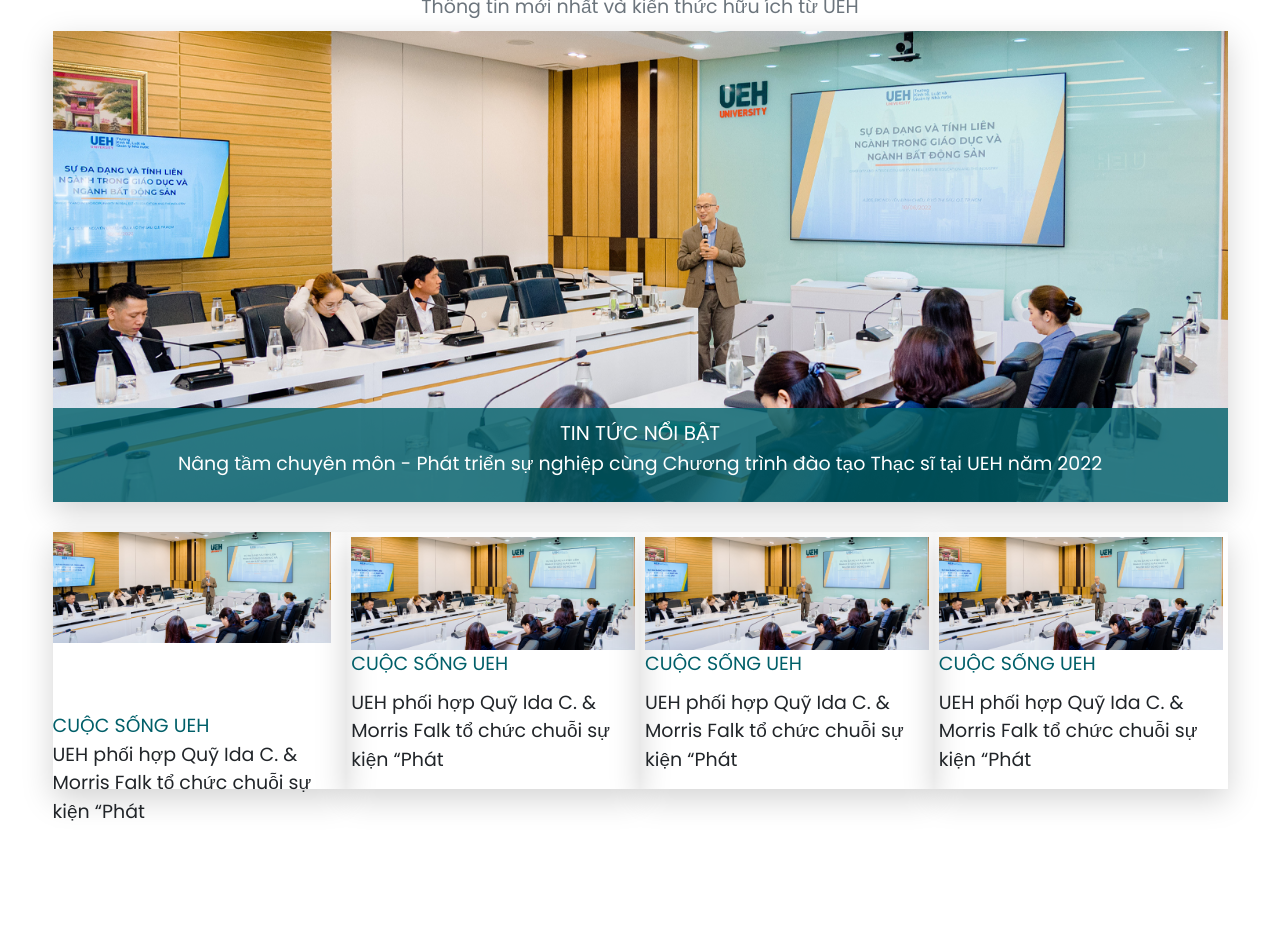
Repository: Jackietruong2805/frontends
Page: html css/ueh/index.html
The author's editor kept a copy of each file at every save. The page is drawn from the files as they stood at one save, then again after a run of saves.
The browser window is 1280 px wide. The page is 1288 px wide, so the pictures cover 1288 px, including what lies to the right of the window. The pictures show the part of the page from y = 768 to 1720 px (the page is 1720 px tall).
Some web libraries are served in a nearby version.

Above is the page before, as saved 2022-06-20 09:39:01.

After the next 2 saves:
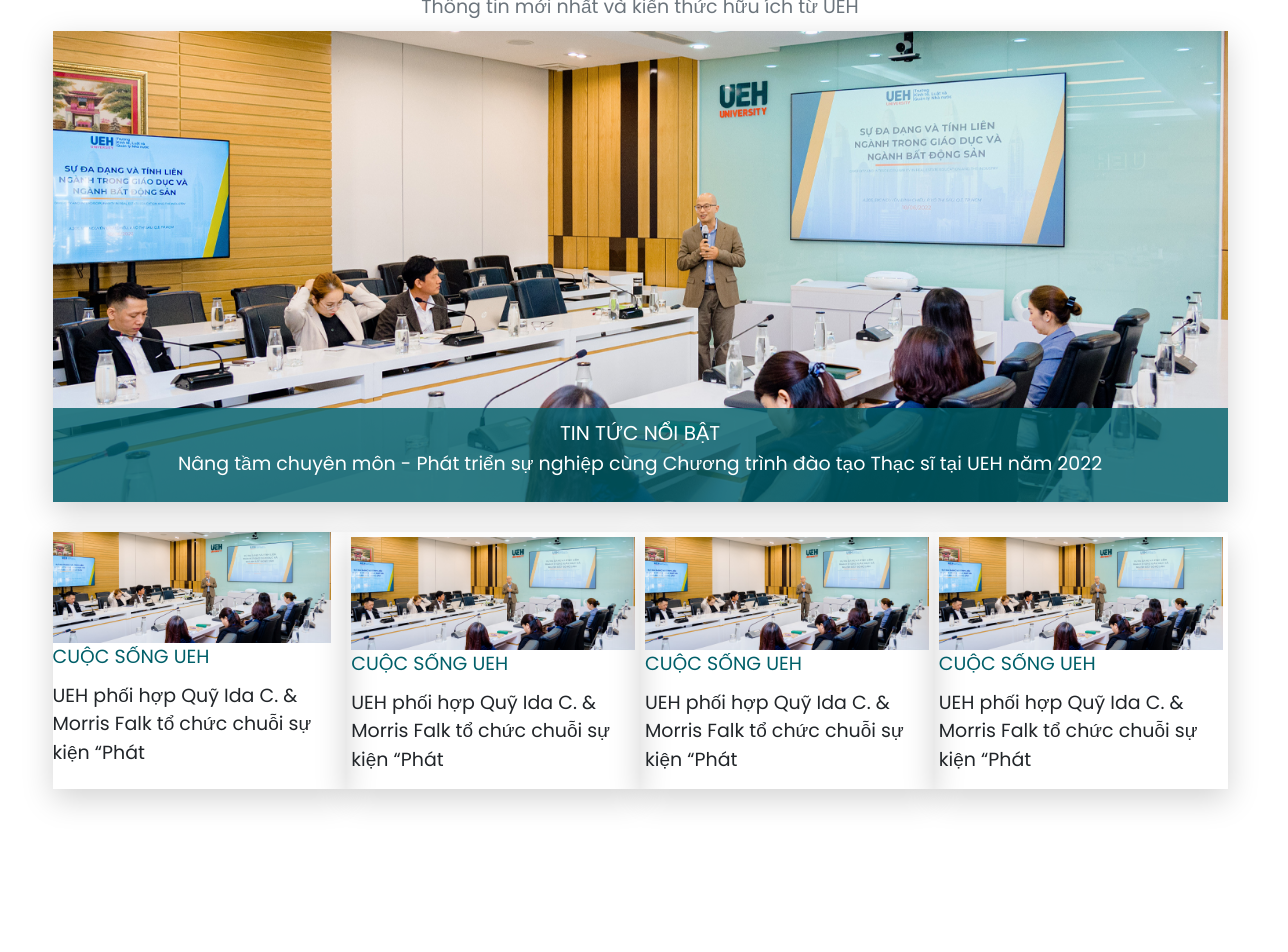
The 2 saves are shown as one change because they came seconds apart.
The last was saved 13 s later.
--- a/html css/ueh/css/index.css
+++ b/html css/ueh/css/index.css
@@ -186,15 +186,3 @@
     text-align: center;
     color: #fff;
 }
-
-.news__img {
-    height: 70%;
-}
-
-.new__content {
-    height: 30%;
-}
-
-.new__content p {
-    margin: 0;
-}
